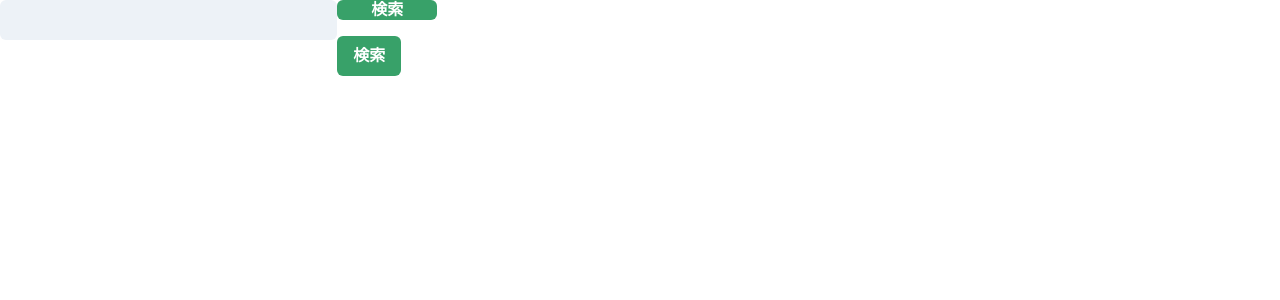
Repository: kanshu-1118/gpt-schoollife
Page: /
An editor plug-in stored every save of this project. The page is shown before and after the next save, followed by the edit.
The browser window is 1280 px wide. The pictures show the whole page.
The page's requests for data from a server got no answer. The project was rebuilt for these pictures with package versions that can differ from the ones it lists, and the page was loaded fresh each time. The framework's server and built-in components were replaced by stand-ins that run in the browser. No one was signed in, and anything a server would have sent is missing. Also part of the build but not shown: next.config.js.

Above is the page before, as saved 2023-05-22 14:23:42.

After the next save:
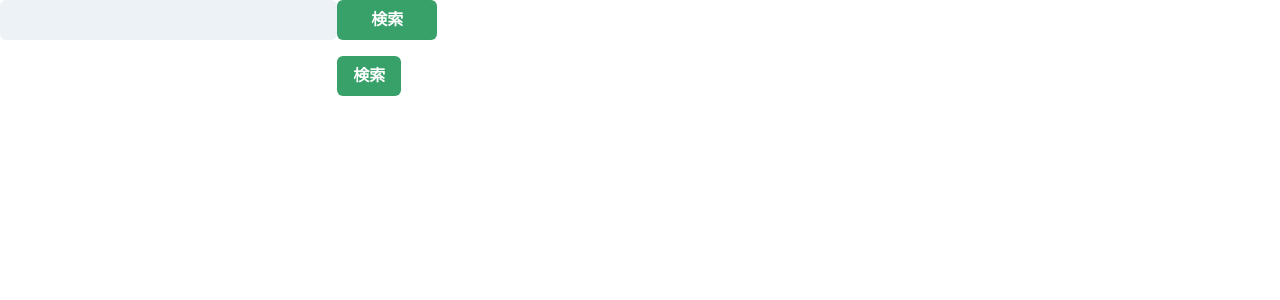
Saved 8 s later.
--- a/src/pages/index.tsx
+++ b/src/pages/index.tsx
@@ -34,7 +34,7 @@ export default function Home() {
             <Input type="text" variant='filled' onChange={(e)=>{setText(e.target.value)}}/>
             <Wrap spacing={4}>
               <WrapItem>
-                <Button variant='solid' w={"100px"} h="20px"  colorScheme='green'>検索</Button>
+                <Button variant='solid' w={"100px"} h="40px"  colorScheme='green'>検索</Button>
               </WrapItem>
               <WrapItem>
                 <Button variant='solid' colorScheme='green'>検索</Button>
